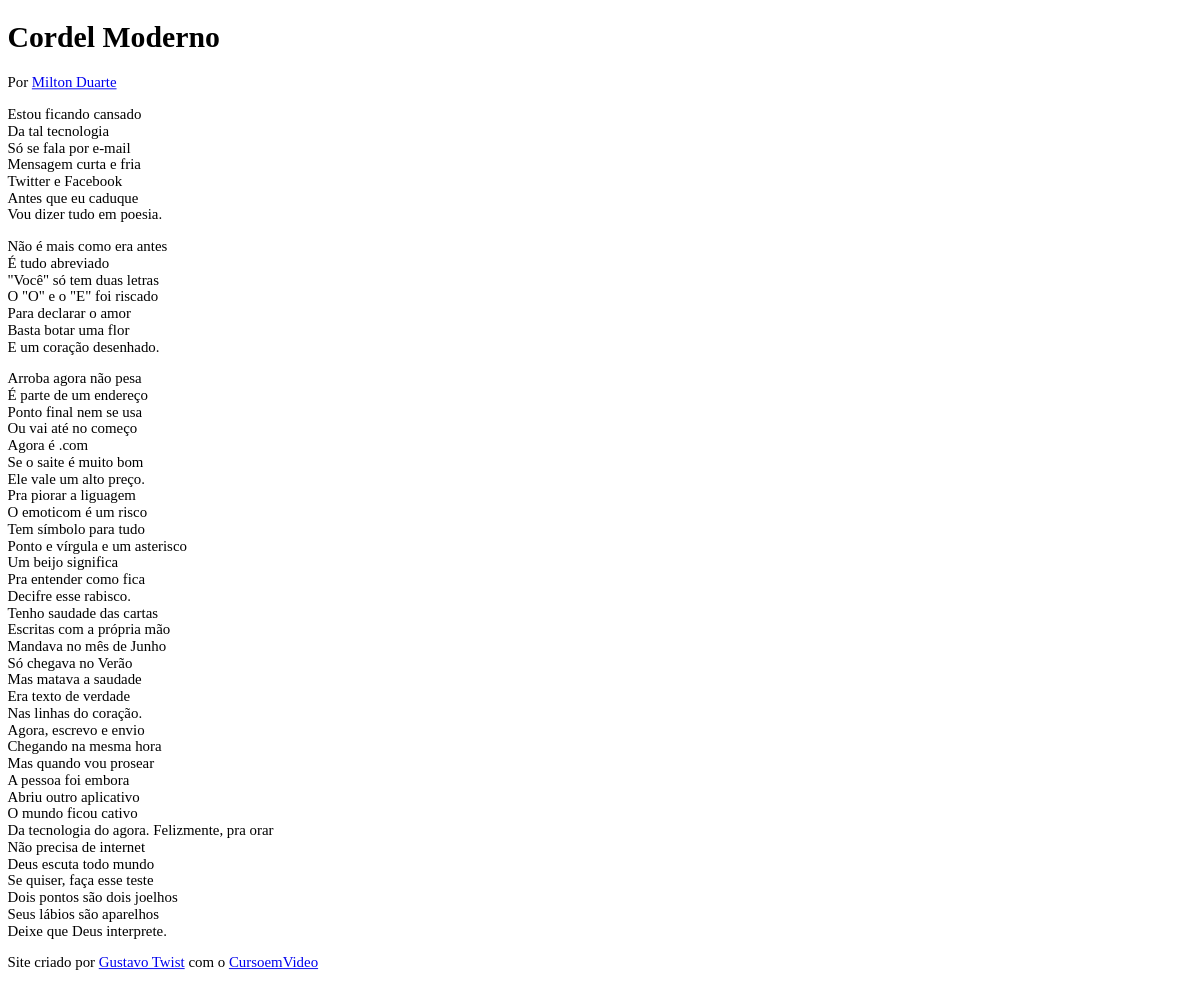
Repository: gustavotwist/projeto-cordel
Page: index.html
These files come from the project's save history. The page is drawn as it stood at one moment and after the next save; the edit follows.
The browser window is 1280 px wide. The pictures show the whole page, at 93% of full size.

Above is the page before, as saved 2024-04-15 21:45:35.

### index.html
<!DOCTYPE html>
<html lang="pt-br">
<head>
    <meta charset="UTF-8">
    <meta name="viewport" content="width=device-width, initial-scale=1.0">
    <title>Cordel Moderno</title>
</head>
<body>
    <header>
        <h1>
            Cordel Moderno
        </h1>
        <p>
            Por <a href="https://www.recantodasletras.com.br/poesias/3186743" target="_blank">Milton Duarte</a>
        </p>
    </header>

    <section>
        <p>
            Estou ficando cansado <br>
            Da tal tecnologia <br>
            Só se fala por e-mail <br>
            Mensagem curta e fria <br>
            Twitter e Facebook <br>
            Antes que eu caduque <br>
            Vou dizer tudo em poesia.
        </p>
    </section>

    <section>
        <p>
            Não é mais como era antes <br>
            É tudo abreviado <br>
            "Você" só tem duas letras <br>
            O "O" e o "E" foi riscado <br>
            Para declarar o amor <br>
            Basta botar uma flor <br>
            E um coração desenhado.
        </p>
    </section>

    <section>
        Arroba agora não pesa <br>
        É parte de um endereço <br>
        Ponto final nem se usa <br>
        Ou vai até no começo <br>
        Agora é .com <br>
        Se o saite é muito bom <br>
        Ele vale um alto preço. <br>

        Pra piorar a liguagem <br>
        O emoticom é um risco <br>
        Tem símbolo para tudo <br>
        Ponto e vírgula e um asterisco <br>
        Um beijo significa <br>
        Pra entender como fica <br>
        Decifre esse rabisco.
    </section>

    <section>
        Tenho saudade das cartas <br>
        Escritas com a própria mão <br>
        Mandava no mês de Junho <br>
        Só chegava no Verão <br>
        Mas matava a saudade <br>
        Era texto de verdade <br>
        Nas linhas do coração.
    </section>

    <section>
        Agora, escrevo e envio <br>
        Chegando na mesma hora <br>
        Mas quando vou prosear <br>
        A pessoa foi embora <br>
        Abriu outro aplicativo <br>
        O mundo ficou cativo <br>
        Da tecnologia do agora.

        Felizmente, pra orar <br>
        Não precisa de internet <br>
        Deus escuta todo mundo <br>
        Se quiser, faça esse teste <br>
        Dois pontos são dois joelhos <br>
        Seus lábios são aparelhos <br>
        Deixe que Deus interprete.
    </section>

    <footer>
        <p>Site criado por <a href="https://github.com/gustavotwist" target="_blank">Gustavo Twist</a> com o <a href="https://www.cursoemvideo.com" target="_blank">CursoemVideo</a></p>
    </footer>
</body>
</html>

After the next save:
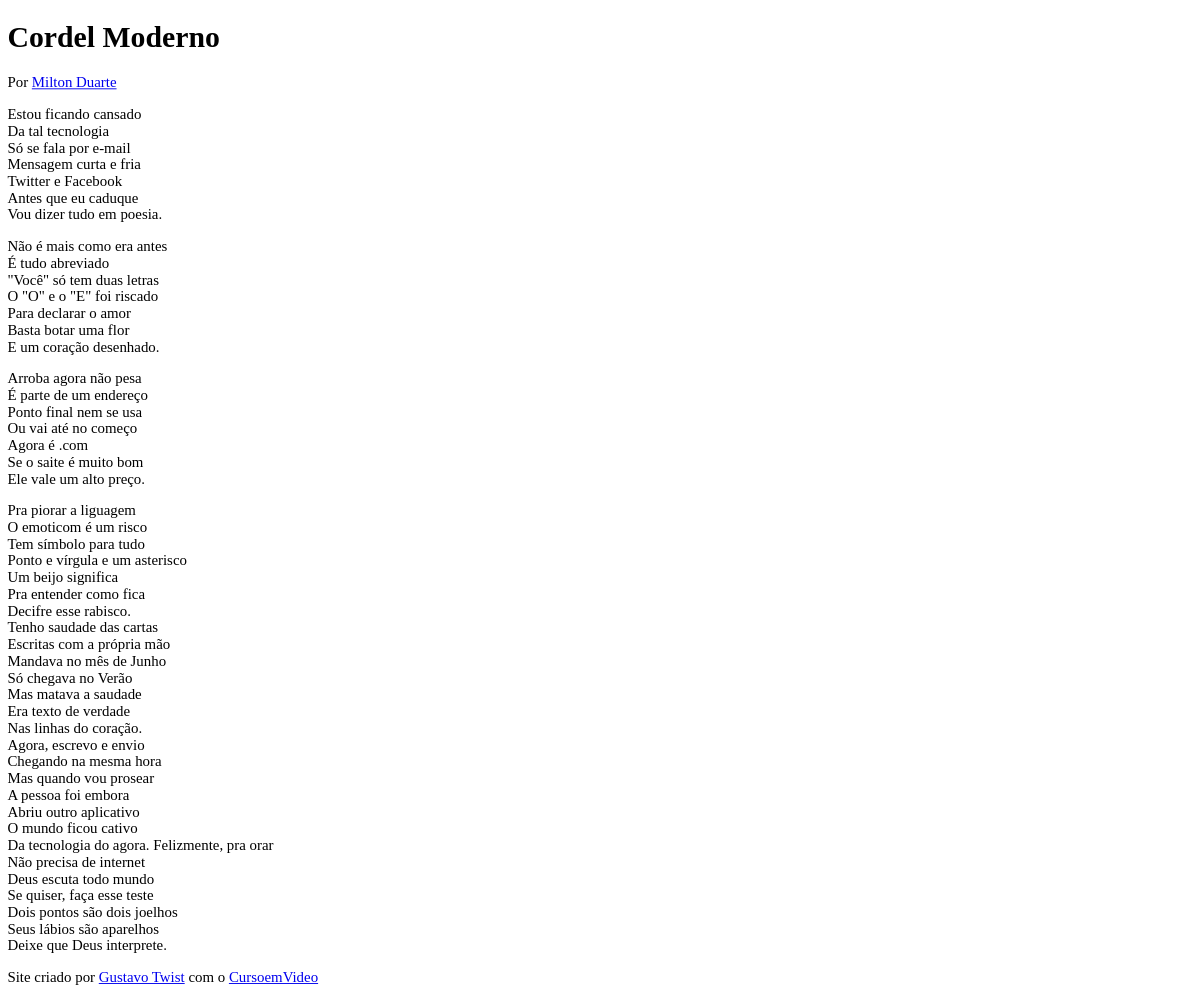
Saved 12 s later.
--- a/index.html
+++ b/index.html
@@ -40,13 +40,15 @@
     </section>
 
     <section>
-        Arroba agora não pesa <br>
-        É parte de um endereço <br>
-        Ponto final nem se usa <br>
-        Ou vai até no começo <br>
-        Agora é .com <br>
-        Se o saite é muito bom <br>
-        Ele vale um alto preço. <br>
+        <p>
+            Arroba agora não pesa <br>
+            É parte de um endereço <br>
+            Ponto final nem se usa <br>
+            Ou vai até no começo <br>
+            Agora é .com <br>
+            Se o saite é muito bom <br>
+            Ele vale um alto preço. <br>
+        </p>
 
         Pra piorar a liguagem <br>
         O emoticom é um risco <br>
